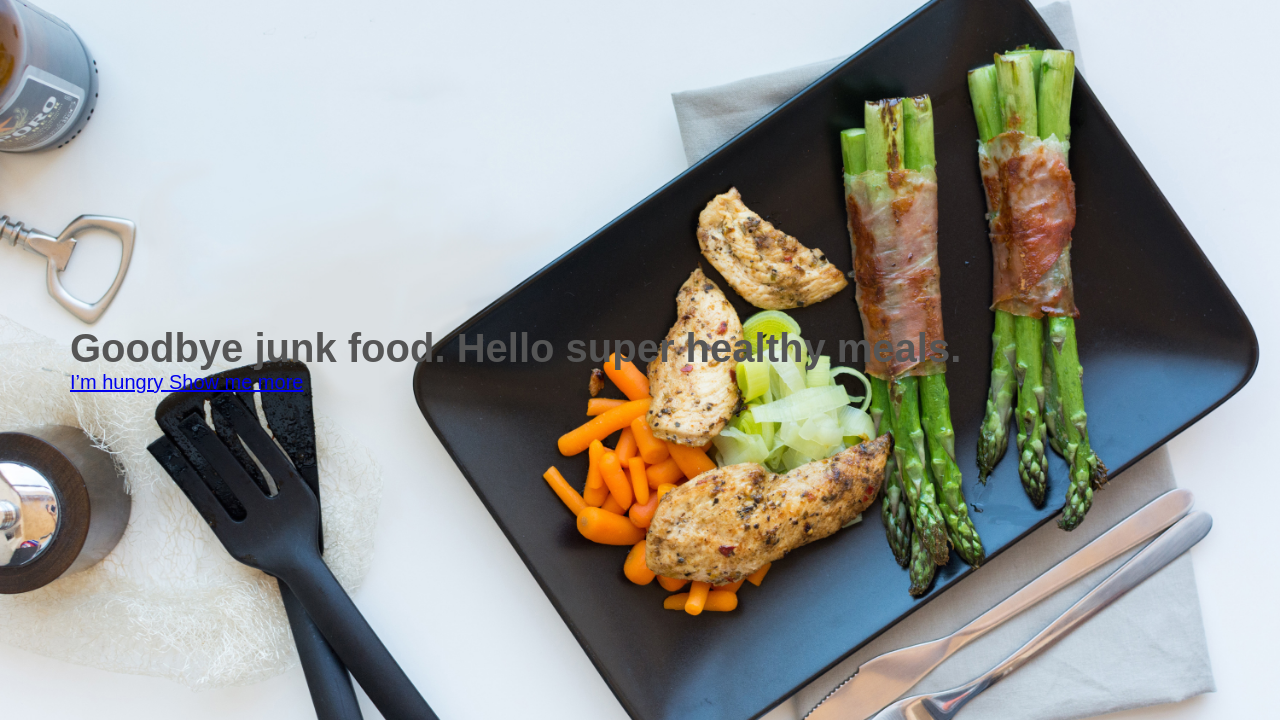
Repository: pboi18/E-Foods
Page: index.html
These files come from the project's save history. The page is drawn as it stood at one moment and after the next save; the edit follows.
The browser window is 1280 px wide. The pictures show the whole page.

Above is the page before, as saved 2020-07-09 21:41:06.

### index.html
<!DOCTYPE html>
<html lang="en">
    <head>
        <meta http-equiv="Content-Type" content="text/html;charset=UTF-8">
        <link rel="stylesheet" href="vendors/css/normalize.css">
        <link rel="stylesheet" href="vendors/css/7.1 Grid.css">
        <link rel="stylesheet" href="resources/css/style.css">
        <link href='http://fonts.googleapis.com/css?family=Lato:100,300,400,300italic' rel='stylesheet' type='text/css'>
        <title>Ominifoods</title>
    </head>

    <body>
        <header>

            <div class="hero-text-box">
                <h1>Goodbye junk food. Hello super healthy meals.</h1>
                <a href="#">I’m hungry </a>
                <a href="#">Show me more </a>
            </div>

        </header>
    </body>
</html>

### resources/css/style.css
* {
    margin: 0;
    padding: 0;
    box-sizing: border-box;
}

html {
    background-color: #fff;
    color: #555;
    font-family: Arial, Helvetica, sans-serif,'Lato';
    font-weight: 300;
    font-size: 20px;
    text-rendering: optimizeLegibility;
}

.row {
    max-width: 1140px;
    margin: 0 auto;
}

header {
    background-image: url(img/hero.jpg);
    background-size: cover;
    background-position: center;
    height: 100vh;
}


.hero-text-box {
    position: absolute;
    width: 1140px;
    top: 50%;
    left: 50%;
    transform: translate(-50%, -50%);
}

h1 {
    margin: 0;
}

Loaded but not shown: vendors/css/normalize.css (library); vendors/css/7.1 Grid.css (library)

After the next save:
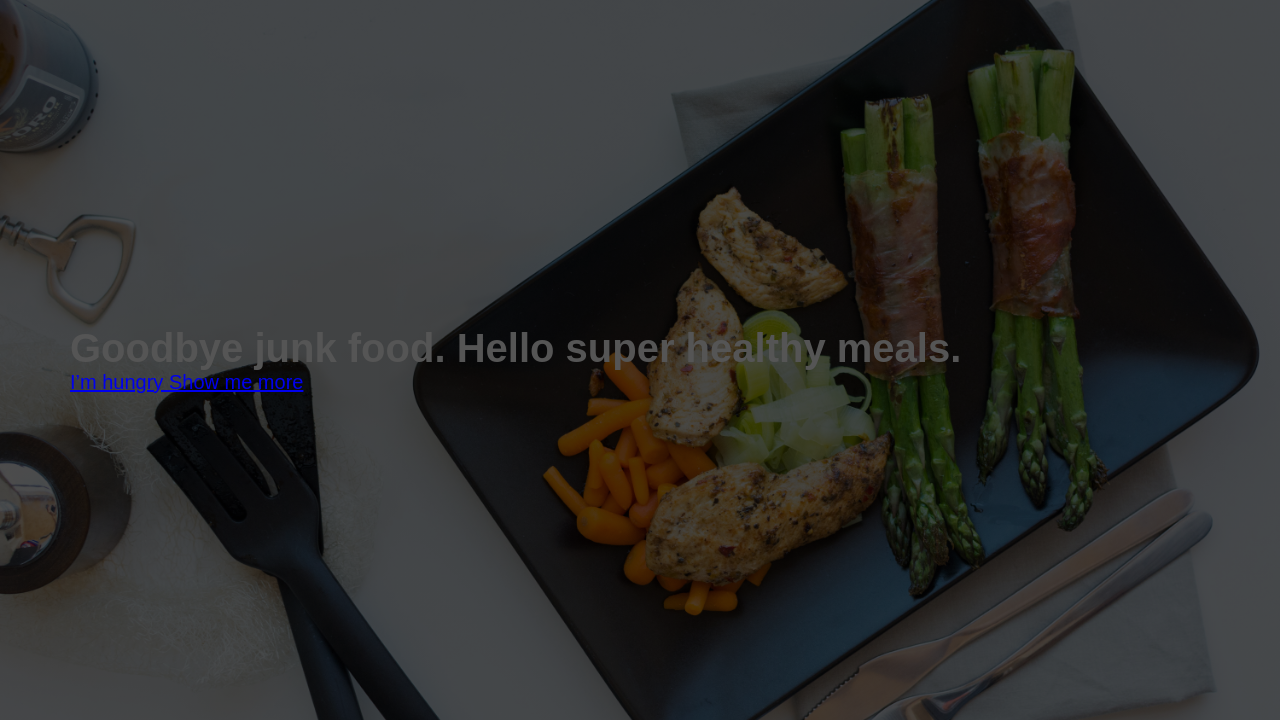
Saved 6 min 29 s later.
--- a/resources/css/style.css
+++ b/resources/css/style.css
@@ -19,7 +19,7 @@ html {
 }
 
 header {
-    background-image: url(img/hero.jpg);
+    background-image: linear-gradient(rgba(0, 0, 0, 0.7), rgba(0, 0, 0, 0.7)), url(img/hero.jpg);
     background-size: cover;
     background-position: center;
     height: 100vh;
